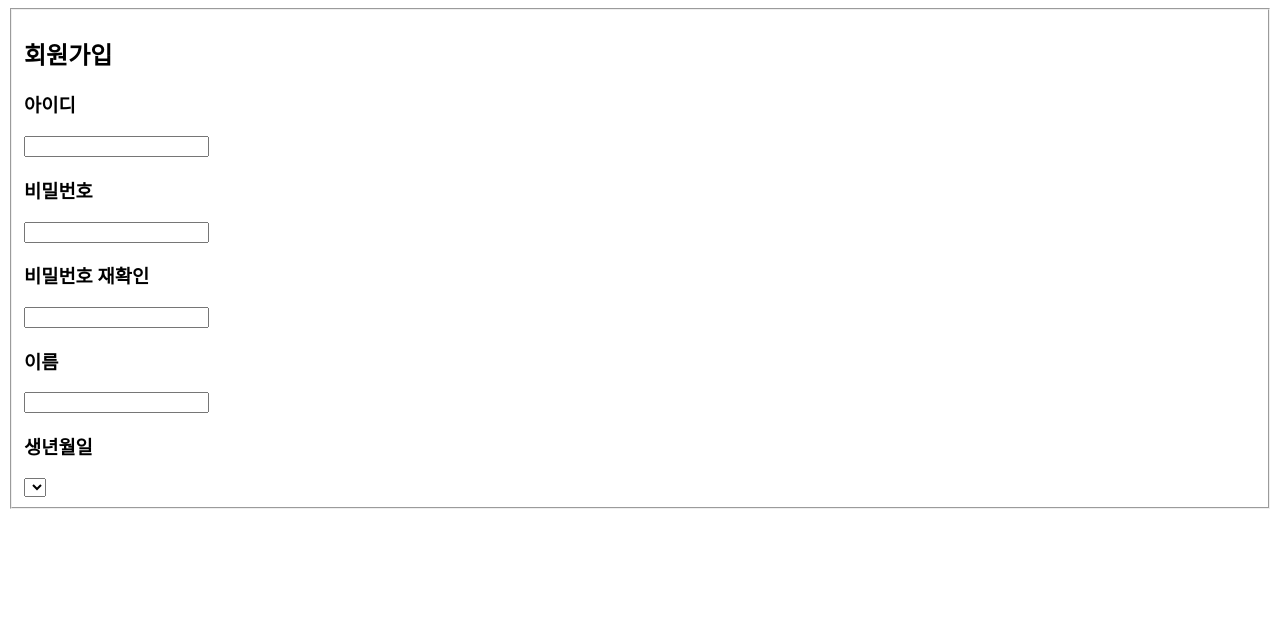
Repository: agheha/trillion
Page: YH/login/login.html
The author's editor kept a copy of each file at every save. The page is drawn from the files as they stood at one save, then again after the next save.
The browser window is 1280 px wide. The pictures show the whole page.

Above is the page before, as saved 2019-09-03 08:57:36.

### YH/login/login.html
<!DOCTYPE html>
<html lang="en">
<head>
    <meta charset="UTF-8">
    <meta name="viewport" content="width=device-width, initial-scale=1.0">
    <meta http-equiv="X-UA-Compatible" content="ie=edge">
    <title>Document</title>
    <link rel="stylesheet" href="login.css">
</head>
<body>
    <form>
        <fieldset>
            <h2>회원가입</h2>
                <h3>아이디</h3>
                <div><input type="text" name="msg"></div>
                <h3>비밀번호</h3>
                <div><input type="password" name="pass"></div>
                <h3>비밀번호 재확인</h3>
                <div><input type="password" name="pass"></div>
                <h3>이름</h3>
                <div><input type="password" name="pass"></div>
                <h3>생년월일</h3>
                <div><select>

                </select>
        </fieldset>
    </form>
</body>
</html>

Loaded but not shown: YH/login/login.css (no copy from this time; the picture is the same without it)

After the next save:
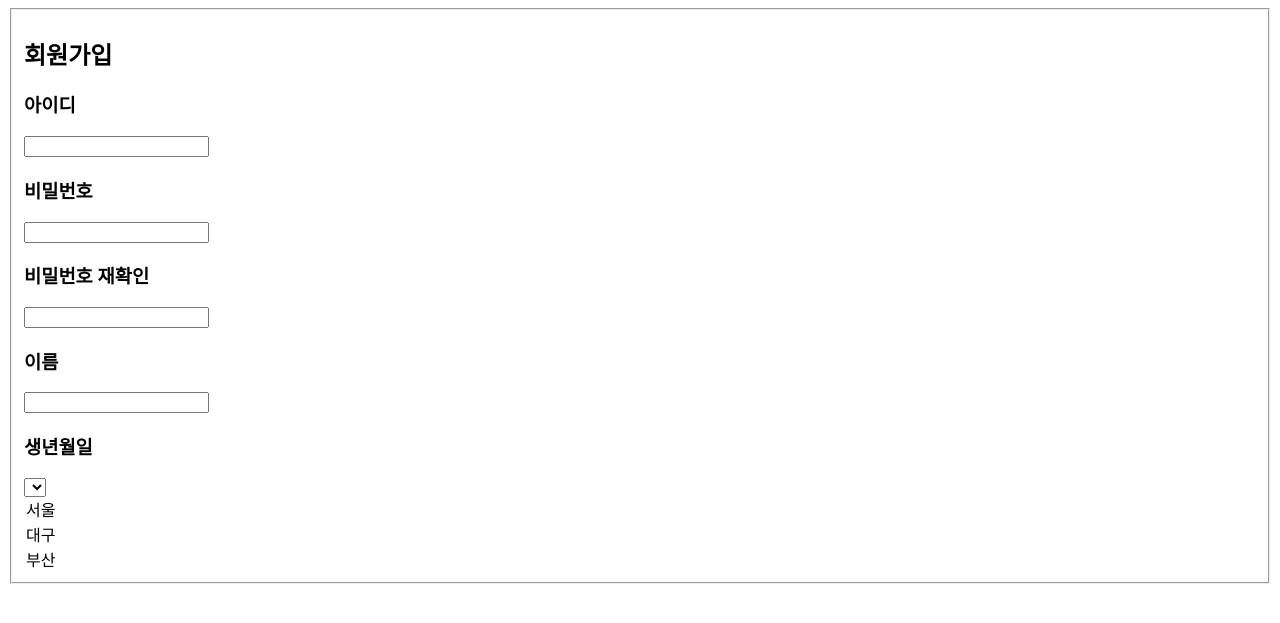
Saved 5 s later.
--- a/YH/login/login.html
+++ b/YH/login/login.html
@@ -21,6 +21,11 @@
                 <div><input type="password" name="pass"></div>
                 <h3>생년월일</h3>
                 <div><select>
+                        <select name="area">
+                                <option value="1">서울</option>
+                                <option value="2">대구</option>
+                                <option value="3" selected>부산</option>
+                            </select>
 
                 </select>
         </fieldset>

After the 4 saves that followed:
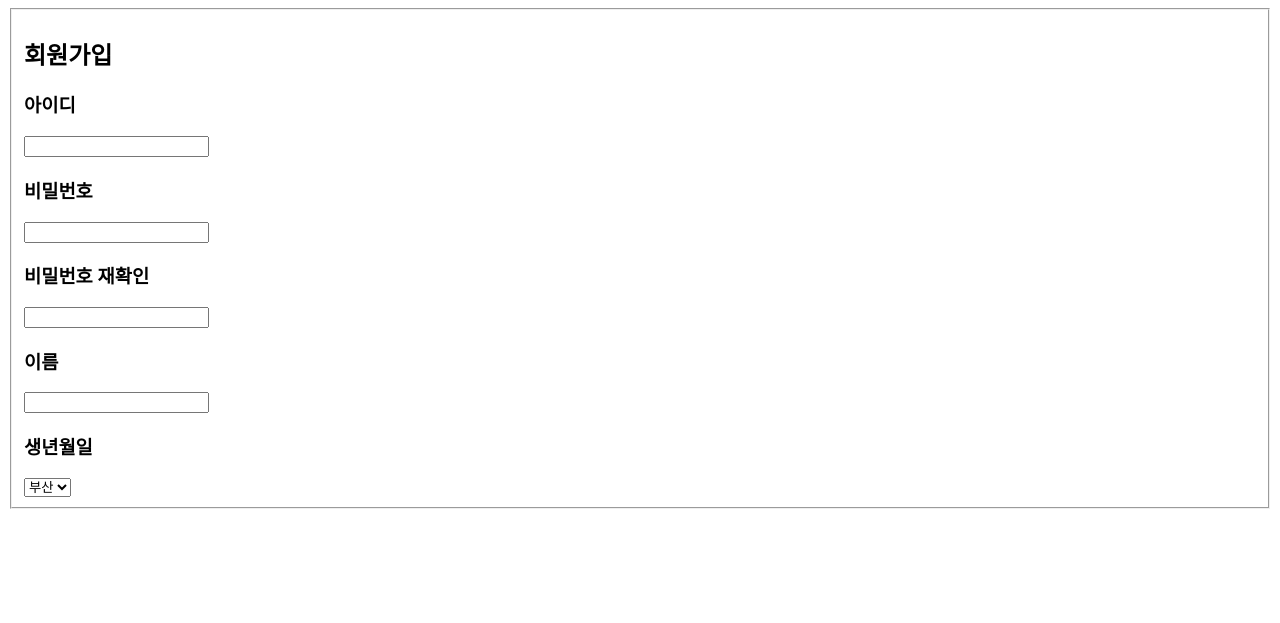
The 4 saves are shown as one change because they came seconds apart.
The last was saved 14 s later.
--- a/YH/login/login.html
+++ b/YH/login/login.html
@@ -20,12 +20,11 @@
                 <h3>이름</h3>
                 <div><input type="password" name="pass"></div>
                 <h3>생년월일</h3>
-                <div><select>
-                        <select name="area">
-                                <option value="1">서울</option>
-                                <option value="2">대구</option>
-                                <option value="3" selected>부산</option>
-                            </select>
+                <div><select name="area">
+                        <option value="1">서울</option>
+                        <option value="2">대구</option>
+                        <option value="3" selected>부산</option>
+                    </select>
 
                 </select>
         </fieldset>
